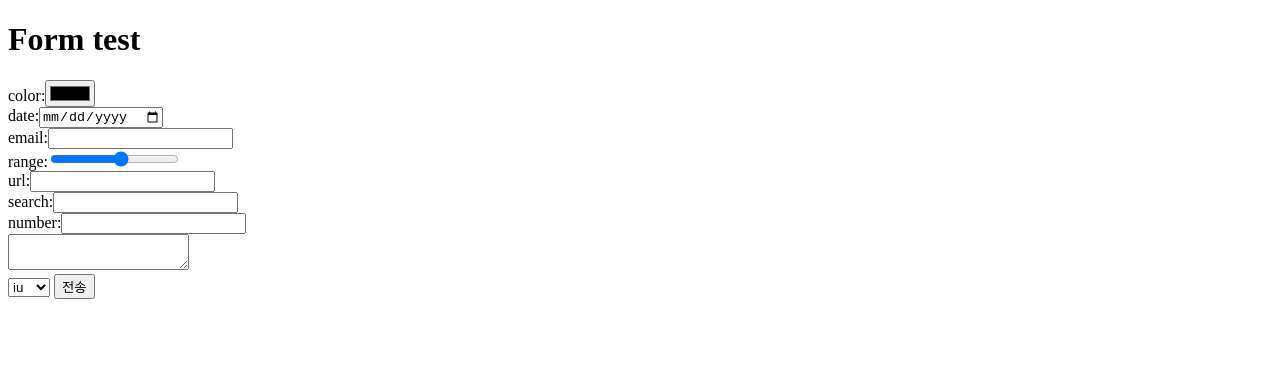
Repository: hyungju2/SSAFY_JavaPractice
Page: 20190211_HTML/web_java/HTMLProject/WebContent/html/Formtest2.html
These files come from the project's save history. The page is drawn as it stood at one moment and after the next save; the edit follows.
The browser window is 1280 px wide. The pictures show the whole page.

Above is the page before, as saved 2019-02-11 06:35:13.

After the next save:
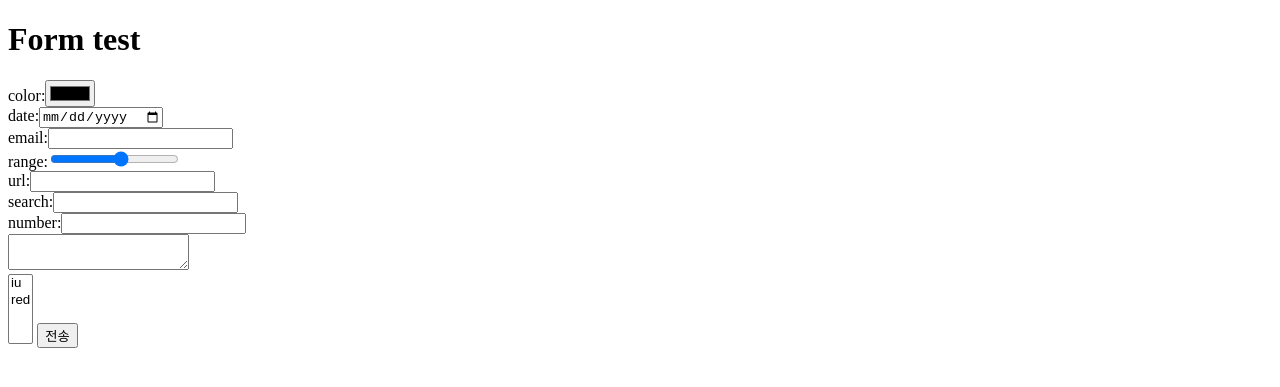
Saved 29 s later.
--- a/20190211_HTML/web_java/HTMLProject/WebContent/html/Formtest2.html
+++ b/20190211_HTML/web_java/HTMLProject/WebContent/html/Formtest2.html
@@ -17,7 +17,7 @@
 
 	<textarea row="5" colos="30"></textarea>
 	<br>
-	<select name="Singer">
+	<select name="Singer", multiple="multiple">
 		<option value="1">iu</option>
 		<option value="2">red</option>
 

After the 2 saves that followed:
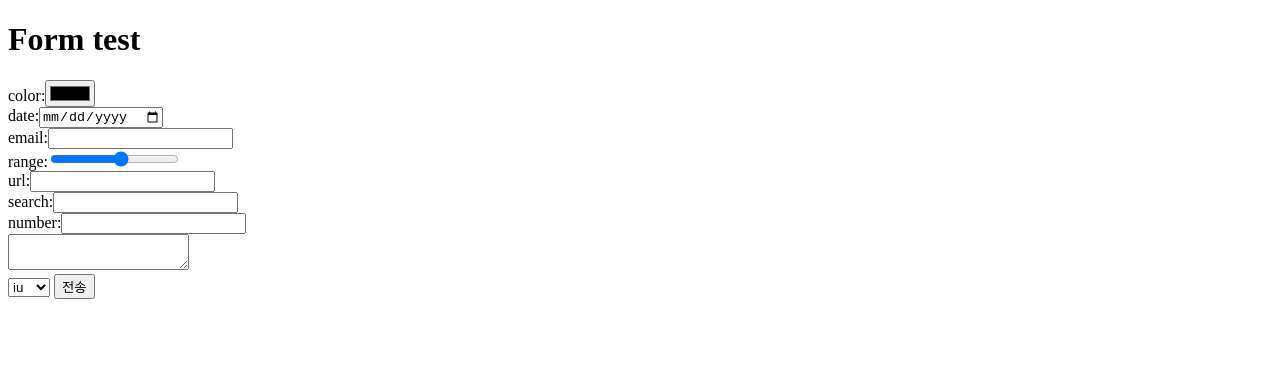
The 2 saves are shown as one change because 1 left the picture as it was.
The last was saved 48 s later.
--- a/20190211_HTML/web_java/HTMLProject/WebContent/html/Formtest2.html
+++ b/20190211_HTML/web_java/HTMLProject/WebContent/html/Formtest2.html
@@ -6,7 +6,7 @@
 </head>
 <body>
 <h1>Form test</h1>
-<form method = "post" action="welcome.jsp">
+<form method = "post" action="welecome.jsp">
 	color:<input type="color"><br>
 	date:<input type="date"><br>
 	email:<input type="email"><br>
@@ -17,7 +17,7 @@
 
 	<textarea row="5" colos="30"></textarea>
 	<br>
-	<select name="Singer", multiple="multiple">
+	<select name="Singer">
 		<option value="1">iu</option>
 		<option value="2">red</option>
 
